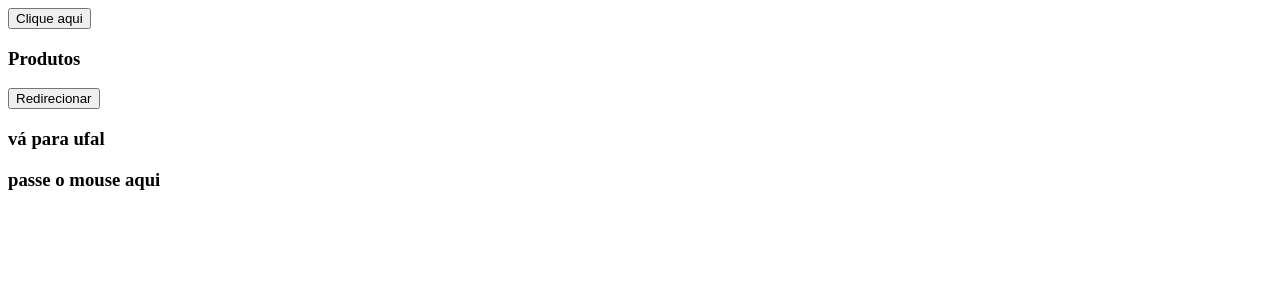
Repository: DaniloBaracho/javascript
Page: index.html
The author's editor kept a copy of each file at every save. The page is drawn from the files as they stood at one save, then again after the next save.
The browser window is 1280 px wide. The pictures show the whole page.

Above is the page before, as saved 2020-06-08 17:34:43.

### index.html
<!DOCTYPE html>
<html lang="pt-br">
<head>
    <meta charset="utf-8">
    <!--<script type="text/javascript" src="JS/js.js"></script>-->
    <!--<script type="text/javascript" src="JS/logica.js"></script>-->
   <!-- <script type="text/javascript" src="JS/function.js"></script>-->
   <script type="text/javascript" src="JS/butao.js"></script>
    <link rel="script" href="JS/js.js">
</head>
<body>
<button type="button" onclick="butao()">Clique aqui</button>
<h3 id="produtos">Produtos</h3>
<button type="button" onclick="redirecionar()">Redirecionar</button>
<h3 onclick="redirecionar()">vá para ufal</h3>
<h3 id="passarmouse" onmouseover="aopassar()">passe o mouse aqui</h3>
</body>
</html>

### JS/butao.js
function butao(){
   document.getElementById("produtos").innerHTML="obrigado por ver os produtos";
}
function redirecionar(){
   // window.open("https://www.ufal.br");
    window.location.href="https://www.ufal.br";
}
function aopassar(){
    document.getElementById("passarmouse").innerHTML="passou o mouse";
}
function voltar(){
    document.getElementById("passarmouse").innerHTML="passe o mouse aqui";
}

After the next save:
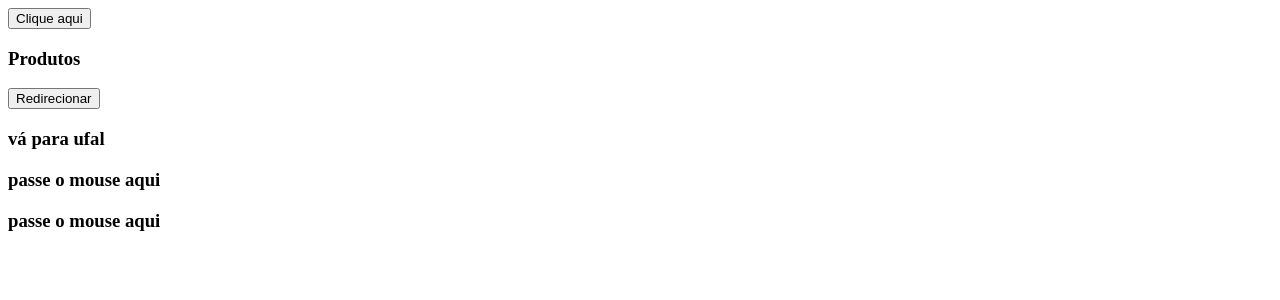
Saved 113 s later.
--- a/index.html
+++ b/index.html
@@ -13,6 +13,7 @@
 <h3 id="produtos">Produtos</h3>
 <button type="button" onclick="redirecionar()">Redirecionar</button>
 <h3 onclick="redirecionar()">vá para ufal</h3>
-<h3 id="passarmouse" onmouseover="aopassar()">passe o mouse aqui</h3>
+<h3 id="passarmouse" onmouseover="aopassar(this)">passe o mouse aqui</h3>
+<h3 id="passarmouse2" onmouseover="voltar(this)">passe o mouse aqui</h3>
 </body>
 </html>
--- a/JS/butao.js
+++ b/JS/butao.js
@@ -5,9 +5,9 @@ function redirecionar(){
    // window.open("https://www.ufal.br");
     window.location.href="https://www.ufal.br";
 }
-function aopassar(){
-    document.getElementById("passarmouse").innerHTML="passou o mouse";
+function aopassar(elemento){
+    elemento.getElementById("passarmouse").innerHTML="passou o mouse";
 }
-function voltar(){
-    document.getElementById("passarmouse").innerHTML="passe o mouse aqui";
+function voltar(elemento){
+    elemento.getElementById("passarmouse").innerHTML="passe o mouse aqui";
 }
